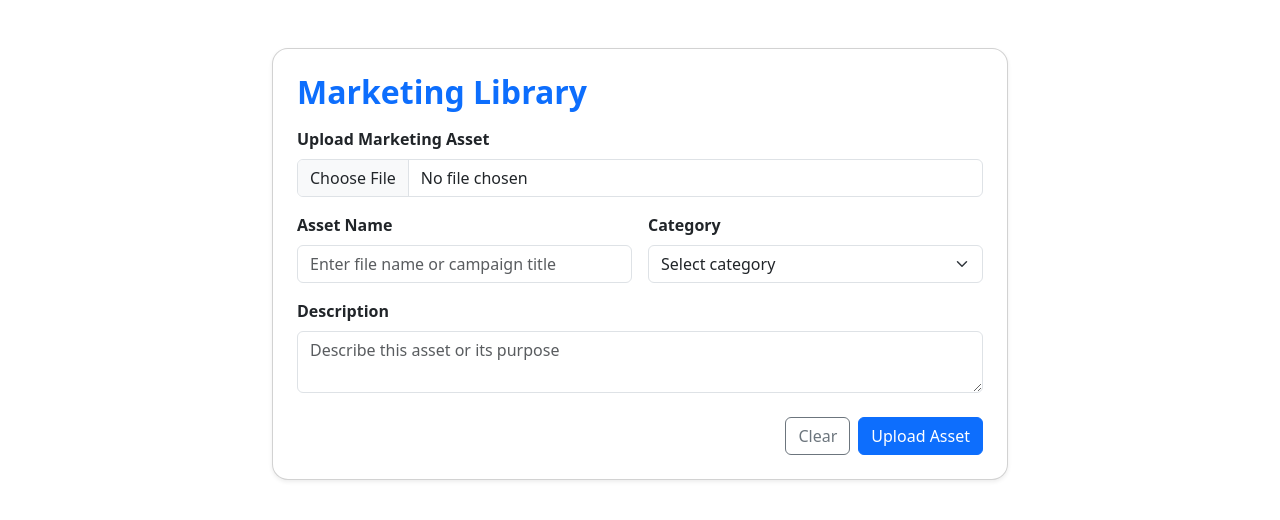
Repository: tonym642/bizcore360-wp
Page: pages/marketing-library.html
These files come from the project's save history. The page is drawn as it stood at one moment and after the next save; the edit follows.
The browser window is 1280 px wide. The pictures show the whole page.

Above is the page before, as saved 2025-10-22 15:01:10.

After the next save:
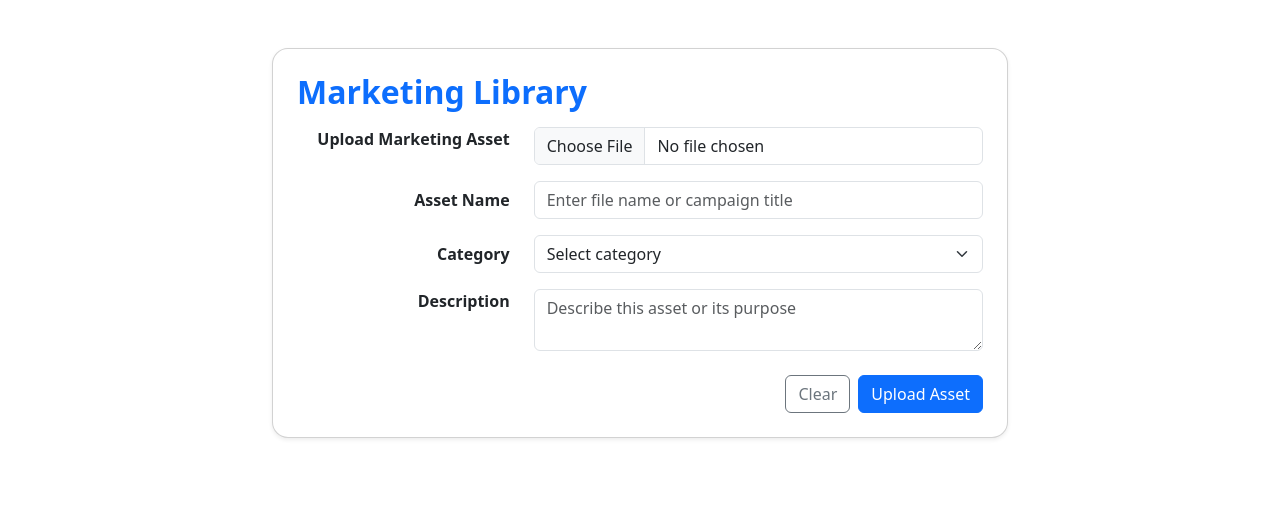
Saved 38 s later.
--- a/pages/marketing-library.html
+++ b/pages/marketing-library.html
@@ -15,18 +15,28 @@
         <div class="card shadow-sm p-4 rounded-4" id="marketingLibraryCard">
           <h2 class="mb-3 fw-bold text-primary">Marketing Library</h2>
           <form id="marketingLibraryForm" class="needs-validation" novalidate>
-            <div class="row g-3">
-              <div class="col-md-12">
-                <label class="form-label fw-semibold">Upload Marketing Asset</label>
-                <input type="file" class="form-control" id="marketingAsset" accept=".jpg,.png,.pdf,.mp4,.docx" />
+            <div class="row mb-3 flex-row align-items-start">
+              <div class="col-5 col-md-4 d-flex align-self-start justify-content-md-end justify-content-start">
+                <label for="marketingAsset" class="form-label fw-semibold w-100 text-md-end text-start mb-0">Upload Marketing Asset</label>
               </div>
-              <div class="col-md-6">
-                <label class="form-label fw-semibold">Asset Name</label>
-                <input type="text" class="form-control" id="assetName" placeholder="Enter file name or campaign title" />
+              <div class="col-7 col-md-8">
+                <input type="file" class="form-control text-start" id="marketingAsset" accept=".jpg,.png,.pdf,.mp4,.docx" />
               </div>
-              <div class="col-md-6">
-                <label class="form-label fw-semibold">Category</label>
-                <select class="form-select" id="assetCategory">
+            </div>
+            <div class="row mb-3 flex-row align-items-center">
+              <div class="col-5 col-md-4 d-flex align-items-center justify-content-md-end justify-content-start">
+                <label for="assetName" class="form-label fw-semibold w-100 text-md-end text-start mb-0">Asset Name</label>
+              </div>
+              <div class="col-7 col-md-8">
+                <input type="text" class="form-control text-start" id="assetName" placeholder="Enter file name or campaign title" />
+              </div>
+            </div>
+            <div class="row mb-3 flex-row align-items-center">
+              <div class="col-5 col-md-4 d-flex align-items-center justify-content-md-end justify-content-start">
+                <label for="assetCategory" class="form-label fw-semibold w-100 text-md-end text-start mb-0">Category</label>
+              </div>
+              <div class="col-7 col-md-8">
+                <select class="form-select text-start" id="assetCategory">
                   <option value="">Select category</option>
                   <option>Flyers</option>
                   <option>Social Media</option>
@@ -34,9 +44,13 @@
                   <option>Email Campaigns</option>
                 </select>
               </div>
-              <div class="col-md-12">
-                <label class="form-label fw-semibold">Description</label>
-                <textarea class="form-control" id="assetDescription" rows="2" placeholder="Describe this asset or its purpose"></textarea>
+            </div>
+            <div class="row mb-3 flex-row align-items-start">
+              <div class="col-5 col-md-4 d-flex align-self-start justify-content-md-end justify-content-start">
+                <label for="assetDescription" class="form-label fw-semibold w-100 text-md-end text-start mb-0">Description</label>
+              </div>
+              <div class="col-7 col-md-8">
+                <textarea class="form-control text-start" id="assetDescription" rows="2" placeholder="Describe this asset or its purpose"></textarea>
               </div>
             </div>
             <div class="mt-4 d-flex justify-content-end">
@@ -54,3 +68,5 @@
   <script src="https://cdn.jsdelivr.net/npm/bootstrap@5.3.2/dist/js/bootstrap.bundle.min.js"></script>
 </body>
 </html>
+
+<!-- forced-sync: 2025-10-21 17:41:54 -->
